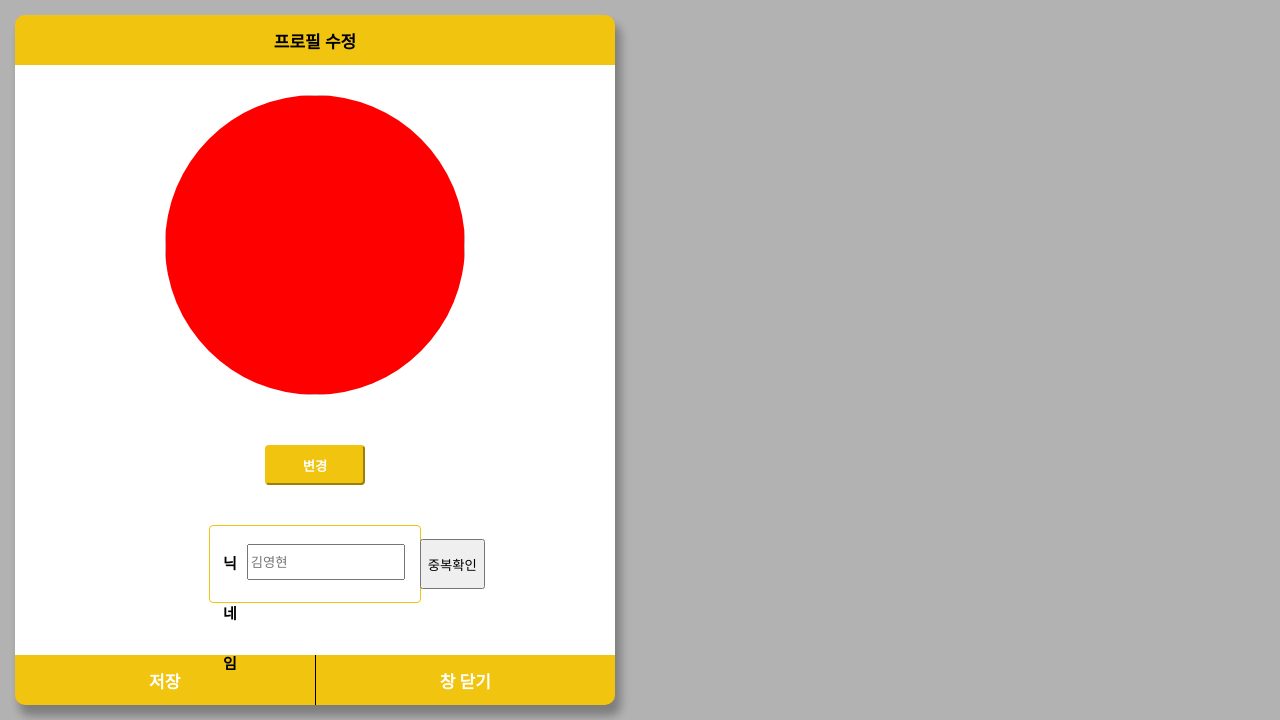
Repository: Corn-Market/Front-end
Page: http://localhost/CornMarket/resources/views/popup_profile_update.jsp
The author's editor kept a copy of each file at every save. The page is drawn from the files as they stood at one save, then again after the next save.
The browser window is 1280 px wide. The pictures show the whole page.
The page is served by Tomcat 9.

Above is the page before, as saved 2022-12-19 06:28:17.

After the next save:
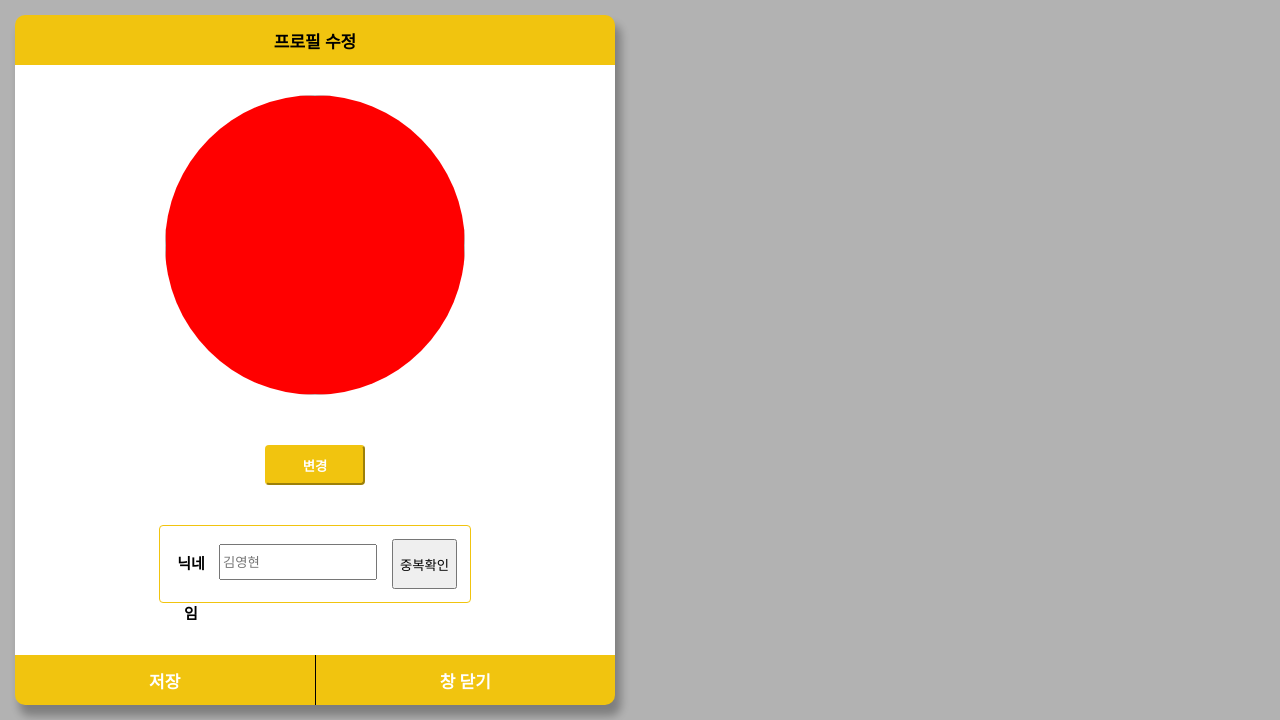
Saved 6 s later.
--- a/CornMarket/src/main/webapp/resources/css/popup_update.css
+++ b/CornMarket/src/main/webapp/resources/css/popup_update.css
@@ -72,7 +72,7 @@
   }
 
   .update_second{
-    width:200px;
+    width:300px;
     margin:80px auto;
     padding:5px;
     border:0.3px solid rgb(241, 196, 15);
